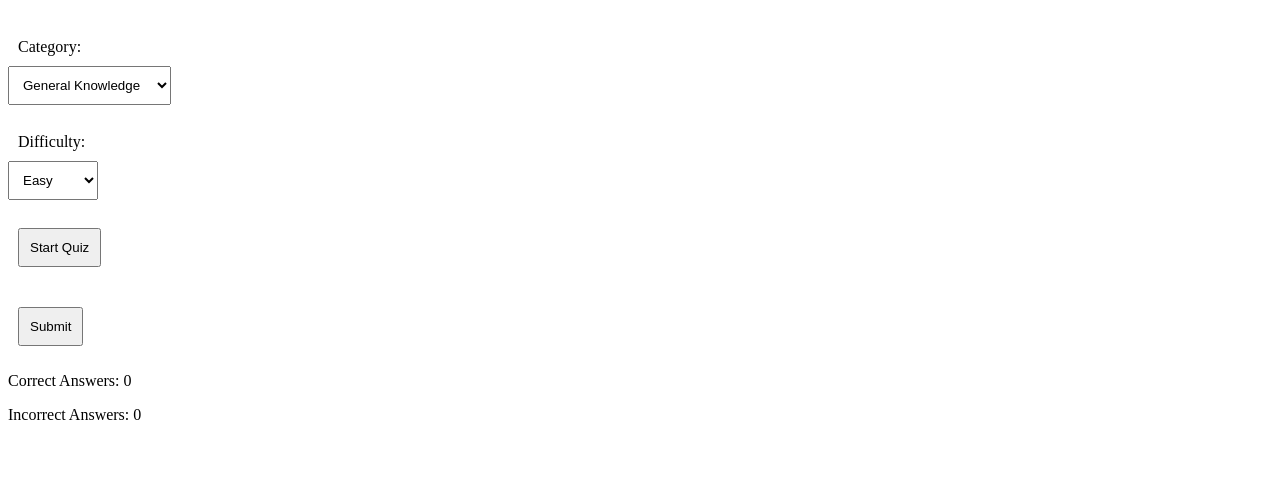
Repository: Kayla-amr/triviaSvelte
Page: /
An editor plug-in stored every save of this project. The page is shown before and after the next save, followed by the edit.
The browser window is 1280 px wide. The pictures show the whole page.
The project was rebuilt for these pictures with package versions that can differ from the ones it lists, and the page was loaded fresh each time. The framework's server and built-in components were replaced by stand-ins that run in the browser. Also part of the build but not shown: svelte.config.js, vite.config.js.

Above is the page before, as saved 2023-03-18 09:21:41.

After the next save:
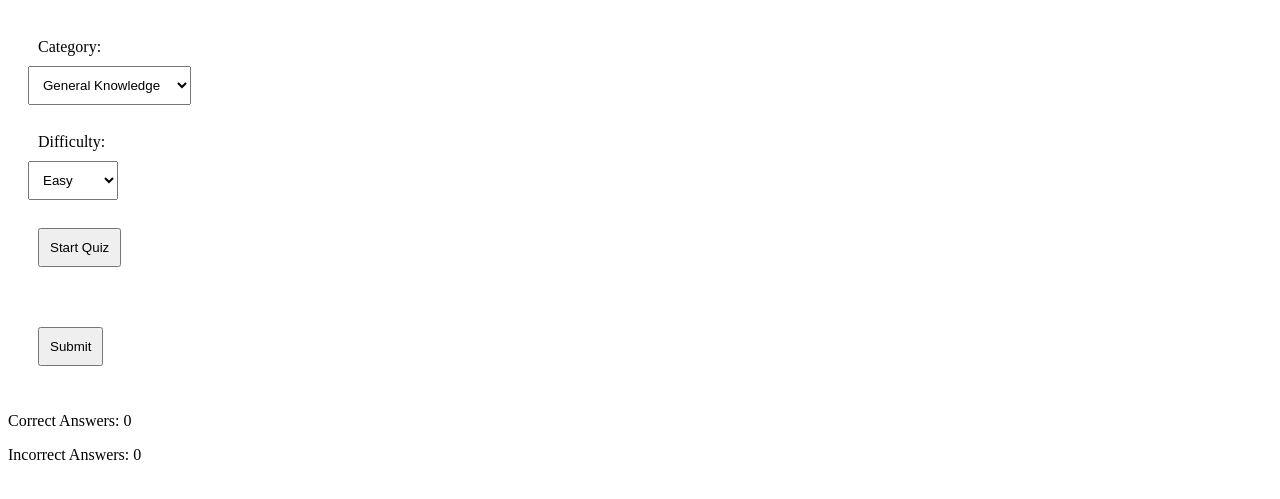
Saved 55 s later.
--- a/src/routes/+page.svelte
+++ b/src/routes/+page.svelte
@@ -102,7 +102,7 @@
         display: flex;
         flex-direction: column;
         align-items: start;
-        padding-top: 20px;
+        padding: 20px;
     }
     label {
         padding: 10px;
